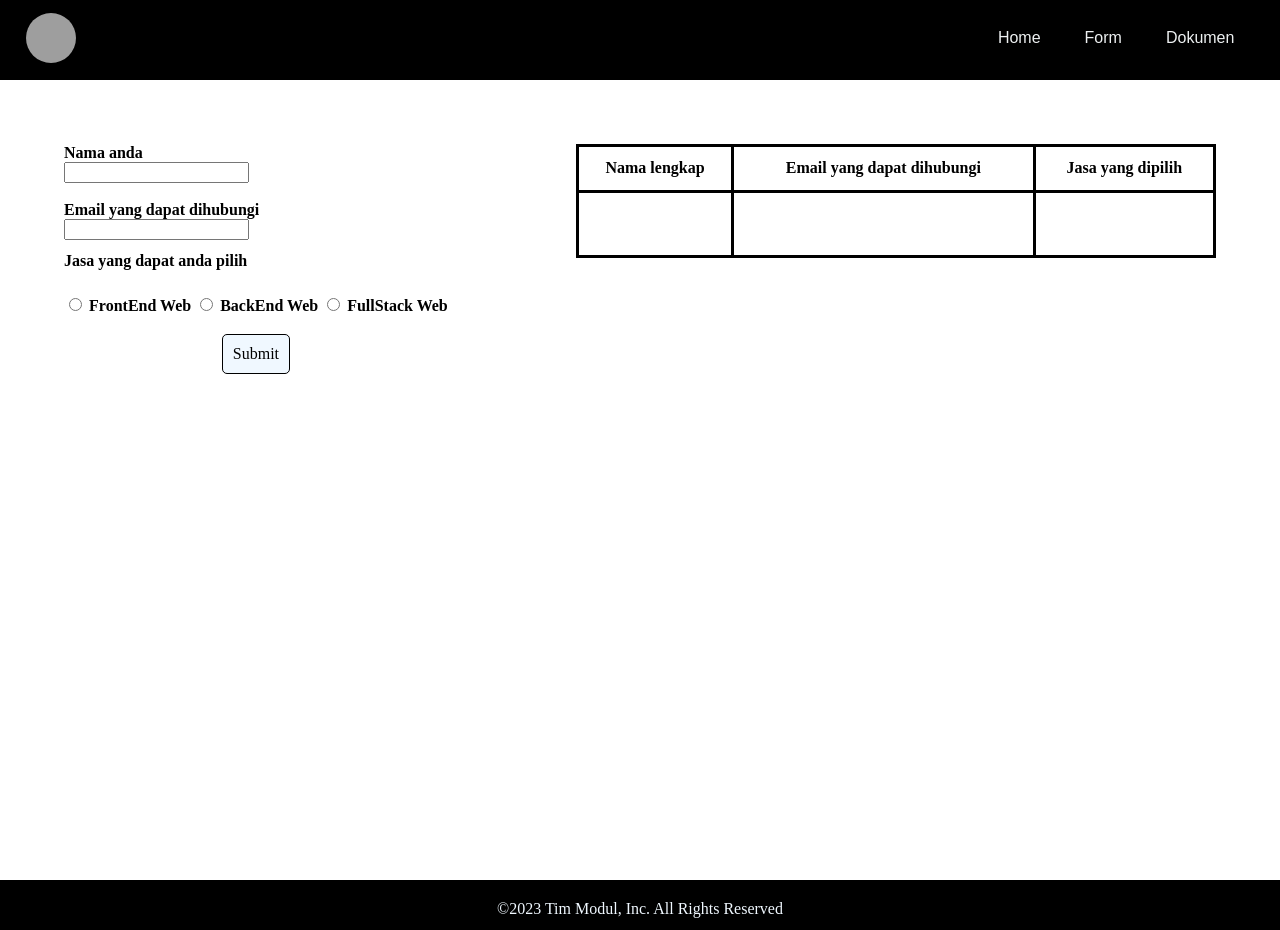
Repository: zecht12/TimModul
Page: TimModul.html
The author's editor kept a copy of each file at every save. The page is drawn from the files as they stood at one save, then again after the next save.
The browser window is 1280 px wide. The pictures show the whole page.
Pictures or frames that could not be fetched are drawn as grey boxes.

Above is the page before, as saved 2023-03-14 13:54:59.

### TimModul.html
<!DOCTYPE html>
<html lang="en">
<head>
    <meta charset="UTF-8">
    <meta http-equiv="X-UA-Compatible" content="IE=edge">
    <meta name="viewport" content="width=device-width, initial-scale=1.0">
    <link rel="stylesheet" href="style.css">
    <title>Jasa Coding</title>
</head>
<body>
    <div style="height: 80px; width: 100%; background-color: black;">
        <header>
            <img src="./assets/wallpaper.jpg" alt="Image" style="height: 50px; width: 50px; border-radius: 100%;" >
            <ul class="nav_links">
                <li><a href="#">Home</a></li>
                <li><a href="#">Form</a></li>
                <li><a href="#">Dokumen</a></li>
            </ul>
        </headers>
    </div>
    <div class="forms">
        <form>
            <label for="Nama" class="Labelnama">Nama anda</label><br>
            <input type="text" id="Nama" name="Nama" class="Nama"><br><br>

            <label for="Email" class="Labelemail">Email yang dapat dihubungi</label><br>
            <input type="text" id="Email" name="Email" class="Email"><br>

            <p for="Pilihan" class="Pilihan">Jasa yang dapat anda pilih</p><br>
            <div style="padding-top: 2%; padding-bottom: 5%;">
                <input type="radio" id="FrontEnd" name="fav_language" value="FrontEnd">
                <label for="FrontEnd">FrontEnd Web</label>

                <input type="radio" id="BackEnd" name="fav_language" value="BackEnd">
                <label for="BackEnd">BackEnd Web</label>

                <input type="radio" id="FullStack" name="fav_language" value="FullStack">
                <label for="FullStack">FullStack Web</label><br>
            </div>

            <div style="display: flex; justify-content: center; align-items: center;">
                <input type="submit" value="Submit" class="Button">
            </div>
        </form>
        <table style="width: 50%; height: auto; border-collapse: collapse;">
            <tr>
                <th>Nama lengkap</th>
                <th>Email yang dapat dihubungi</th>
                <th>Jasa yang dipilih</th>
            </tr>
            <tr>
                <td></td>
                <td></td>
                <td></td>
            </tr>
        </table>
    </div>
    <div style="height: 50px; width: 100%; background-color: black; justify-content: center; align-items: center;">
        <p style="color: aliceblue; text-align: center; padding-top: 20px;">&copy;2023 Tim Modul, Inc. All Rights Reserved</p>
    </div>
</body>
</html>

### style.css
body{
    height: auto;
    width: 100%;
    margin: auto;
    padding: auto;
}
header{
    display: flex;
    align-items: center;
    justify-content: space-between;
    padding-left: 2%;
    padding-right: 2%;
    padding-top: 1%;
}
li, a, button{
    font-family: "Montserrat", sans-serif;
    font-size: 16px;
    color: #edf0f1;
    text-decoration: none;
}
.nav_links{
    list-style: none;
}
.nav_links li{
    display: inline-block;
    padding: 0px 20px;
}
.nav_links li a:hover{
    color: #0088a9;
}
.forms{
    height: 100vh;
    width: 100%;
    display: flex;
    justify-content: space-around;
    align-items: flex-start;
    padding-top: 5%;
}
th{
    height: 30px;
    text-align: center;
    color: black;
    font: bold;
    border-style:solid;
    border-color: black;
    padding: 1%;
}
td{padding: 1%;
    height: 50px;
    text-align: center;
    color: black;
    border-style:solid;
    border-color: black;
}
label {
    color: black;
    font-weight: bold;
    width: 130px;
}
.Button {
    padding: 10px;
    border: 1px solid black;
    background-color:aliceblue;
    border-radius: 5px;
    font: inherit;
    cursor: pointer;
}
.Button:hover{
    border: 1px solid #0088a9;
    background-color:#0088a9;
    cursor: pointer;
}
.Pilihan{
    margin: auto;
    padding-top: 3%;
    font-weight: bold;
    color: black;
}

After the next save:
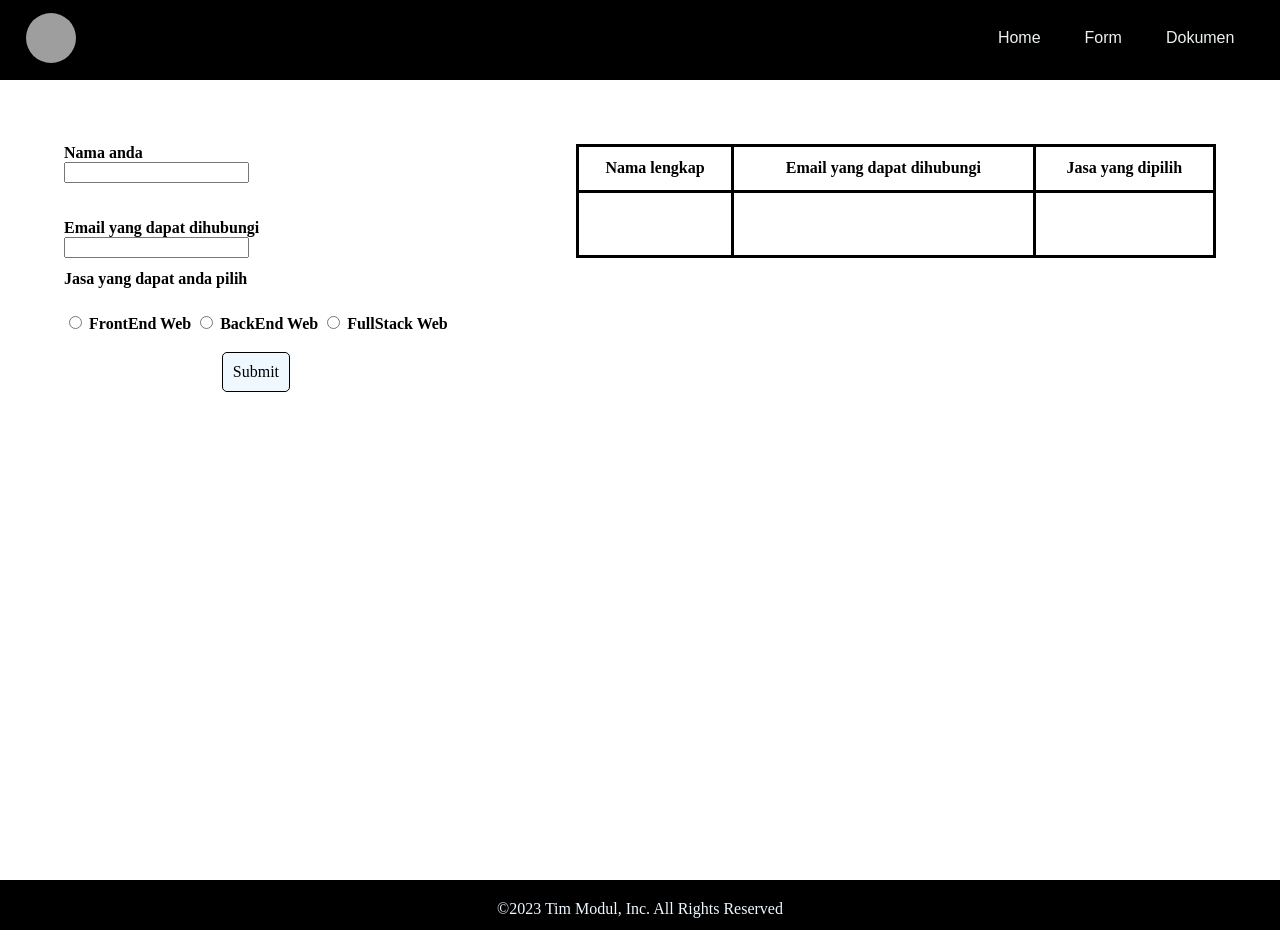
Saved 7 s later.
--- a/TimModul.html
+++ b/TimModul.html
@@ -21,7 +21,7 @@
     <div class="forms">
         <form>
             <label for="Nama" class="Labelnama">Nama anda</label><br>
-            <input type="text" id="Nama" name="Nama" class="Nama"><br><br>
+            <input type="text" id="Nama" name="Nama" class="Nama"><br><br><br>
 
             <label for="Email" class="Labelemail">Email yang dapat dihubungi</label><br>
             <input type="text" id="Email" name="Email" class="Email"><br>
